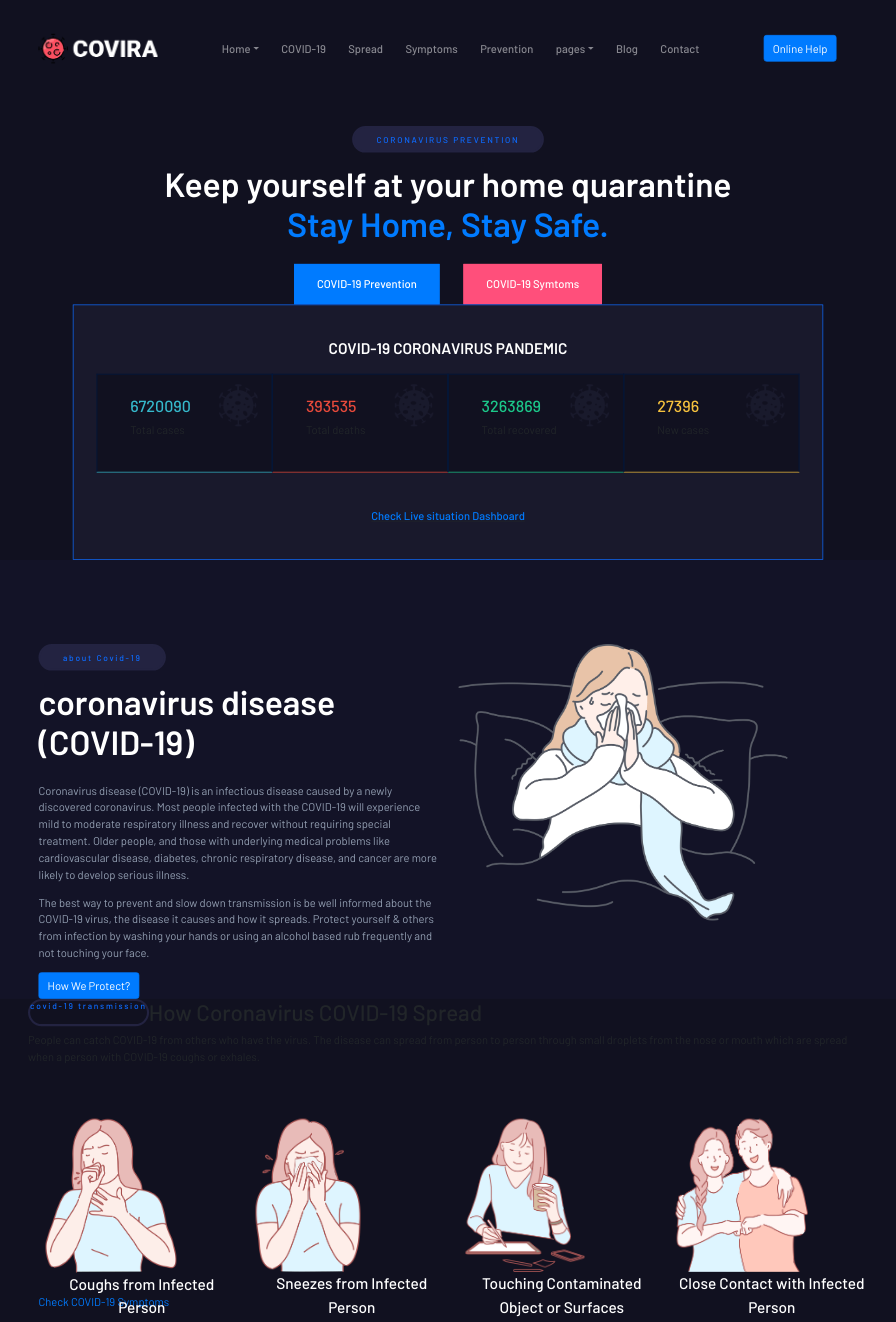
Repository: sitikhusushan/corona_updates
Page: index.html
The author's editor kept a copy of each file at every save. The page is drawn from the files as they stood at one save, then again after the next save.
The browser window is 1280 px wide. The pictures show the whole page, at 70% of full size.

Above is the page before, as saved 2020-06-08 00:54:49.

After the next save:
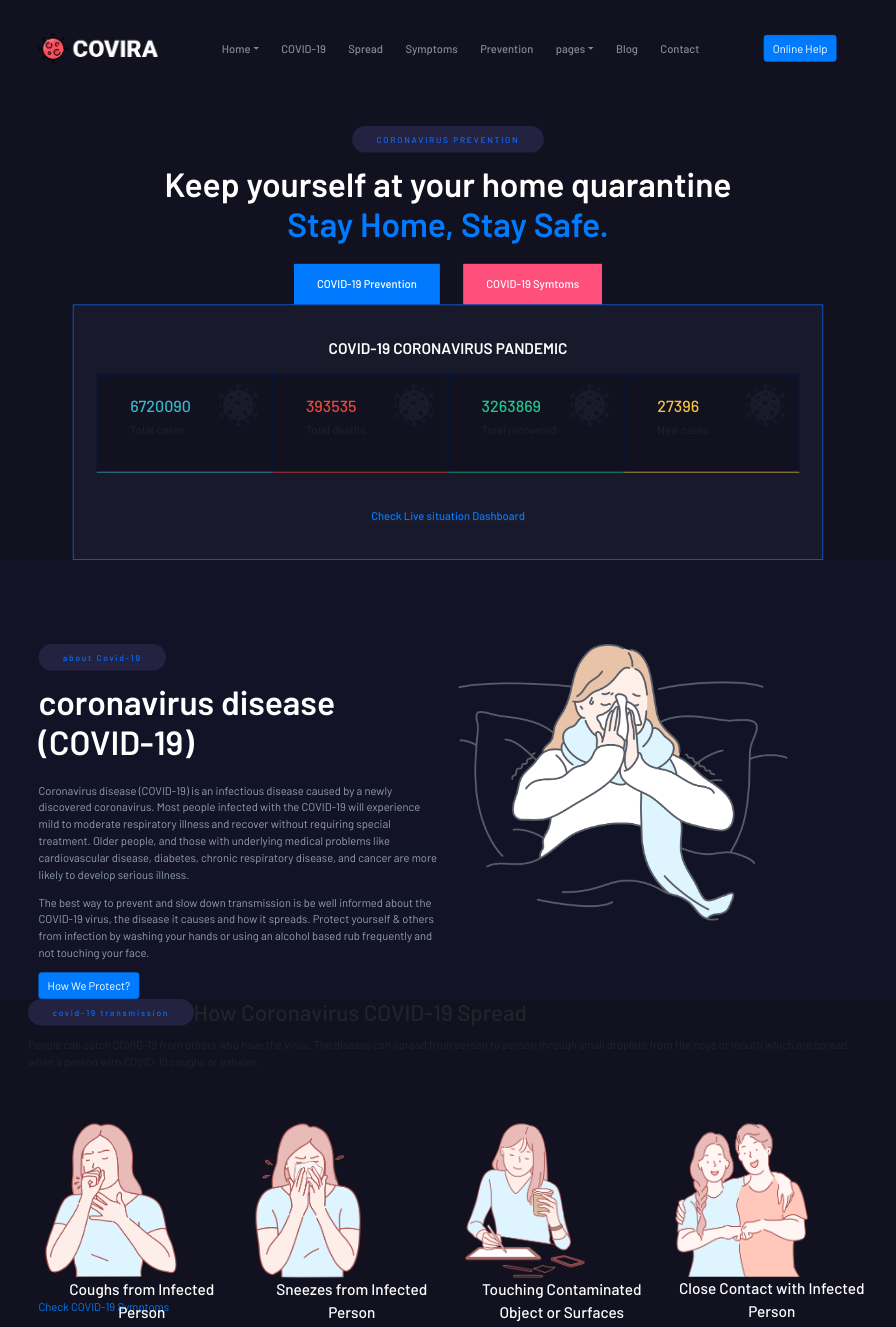
Saved 2 min 19 s later.
--- a/style.css
+++ b/style.css
@@ -240,7 +240,7 @@ h1 {
 }
 
 /* transmission of css starts from here */
-.transmission h3 {
+/* .transmission h3 {
   display: inline-block;
   color: #0d6bff;
   border: #232341 solid;
@@ -249,6 +249,20 @@ h1 {
   font-size: 0.75rem;
   line-height: 1;
   letter-spacing: 2.5px;
+} */
+
+.transmission h3 {
+  font-size: 0.75rem;
+  font-weight: 500;
+  line-height: 1;
+  letter-spacing: 2.5px;
+  display: inline-block;
+  border-radius: 800px;
+  border: #232341 solid;
+  background-color: #232341;
+  color: #0d6bff;
+  padding: 10px 32px;
+  margin-bottom: 16px;
 }
 
 .transmission .row > div {
